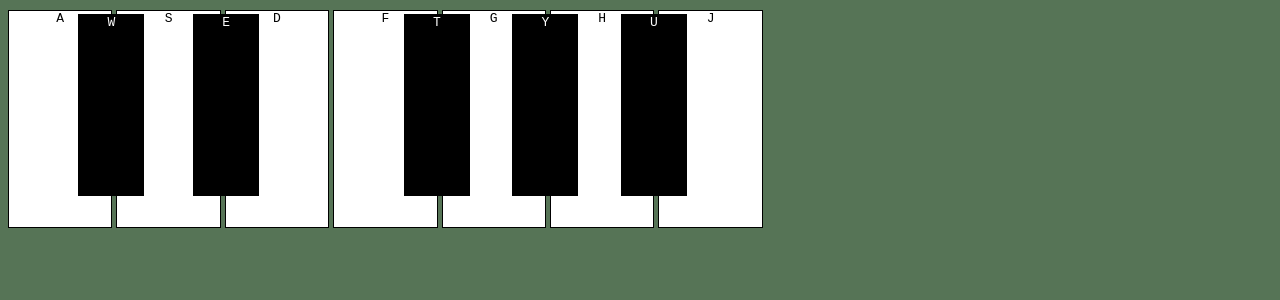
Repository: ctcoleman/Virtual-Piano
Page: index.html
The author's editor kept a copy of each file at every save. The page is drawn from the files as they stood at one save, then again after a run of saves.
The browser window is 1280 px wide. The pictures show the whole page.

Above is the page before, as saved 2020-07-20 09:06:29.

After the next 2 saves:
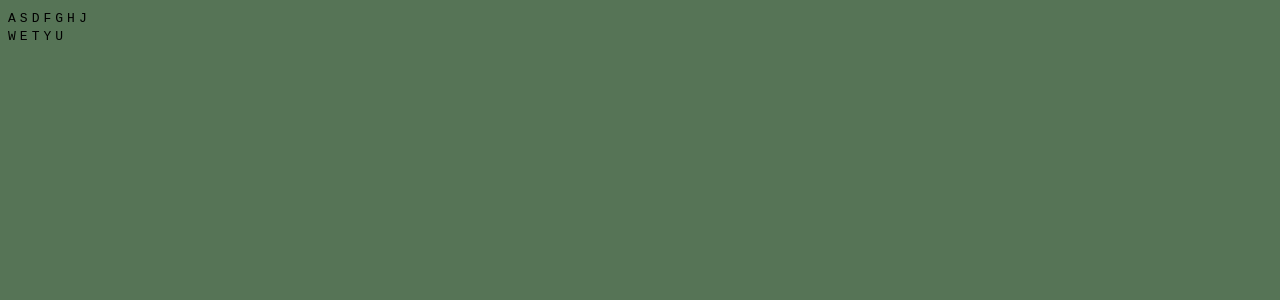
The 2 saves are shown as one change because they came seconds apart.
The last was saved 5 s later.
--- a/index.css
+++ b/index.css
@@ -7,7 +7,8 @@
     box-sizing: border-box;
 }
 
-/
+/*
+==
 
 .white-key-container {
     margin: 15vh 15vw;

After the save that followed:
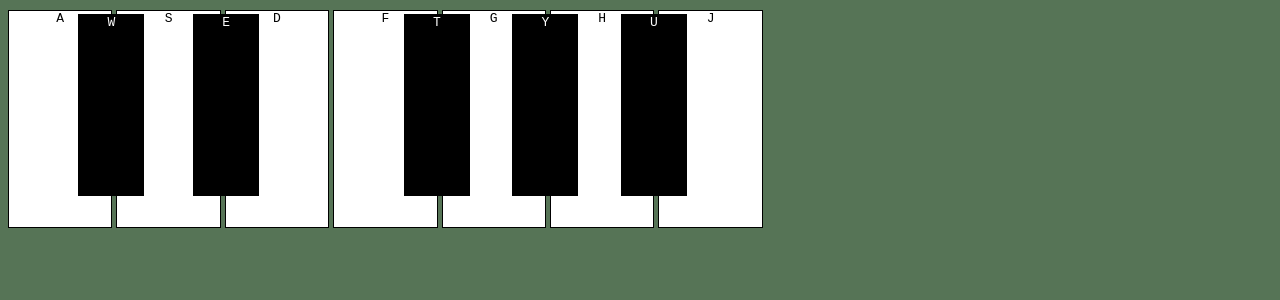
Saved 9 s later.
--- a/index.css
+++ b/index.css
@@ -8,7 +8,9 @@
 }
 
 /*
-==
+=== Keyboard Styling ===
+*/
+
 
 .white-key-container {
     margin: 15vh 15vw;
